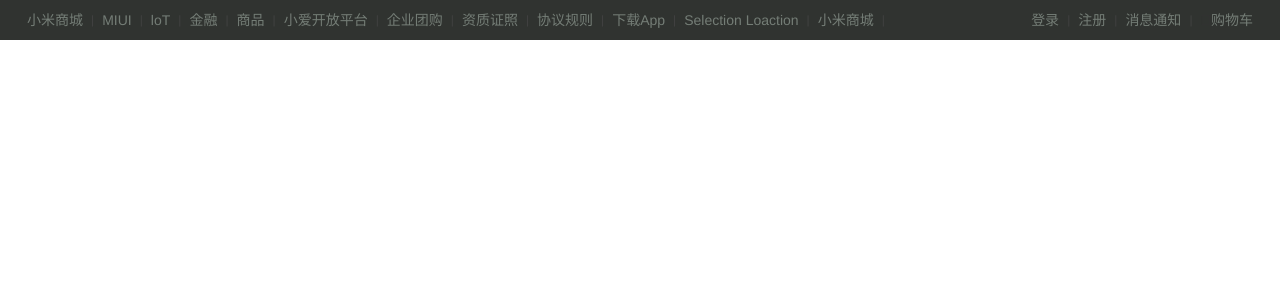
Repository: chenguocan/mi
Page: index.html
These files come from the project's save history. The page is drawn as it stood at one moment and after the next save; the edit follows.
The browser window is 1280 px wide. The pictures show the whole page.
The pointer rests on the first visible `.topbar ul li a`.

Above is the page before, as saved 2020-10-13 10:24:39.

After the next save:
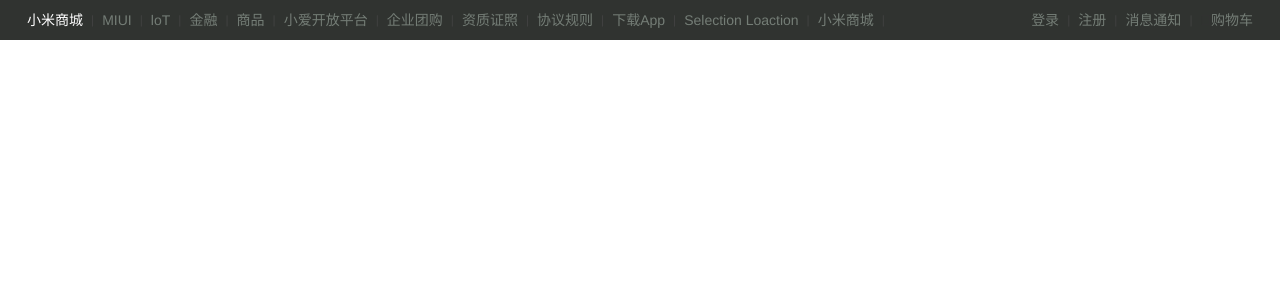
Saved 37 s later.
--- a/css/index.css
+++ b/css/index.css
@@ -20,6 +20,9 @@
     display: inline-block;
     color:rgb(116, 125, 118);
 }
+.topbar ul li a:hover{
+    color:white;
+}
 .topbar .line{
     font-size:12px;
     color:#424242;
